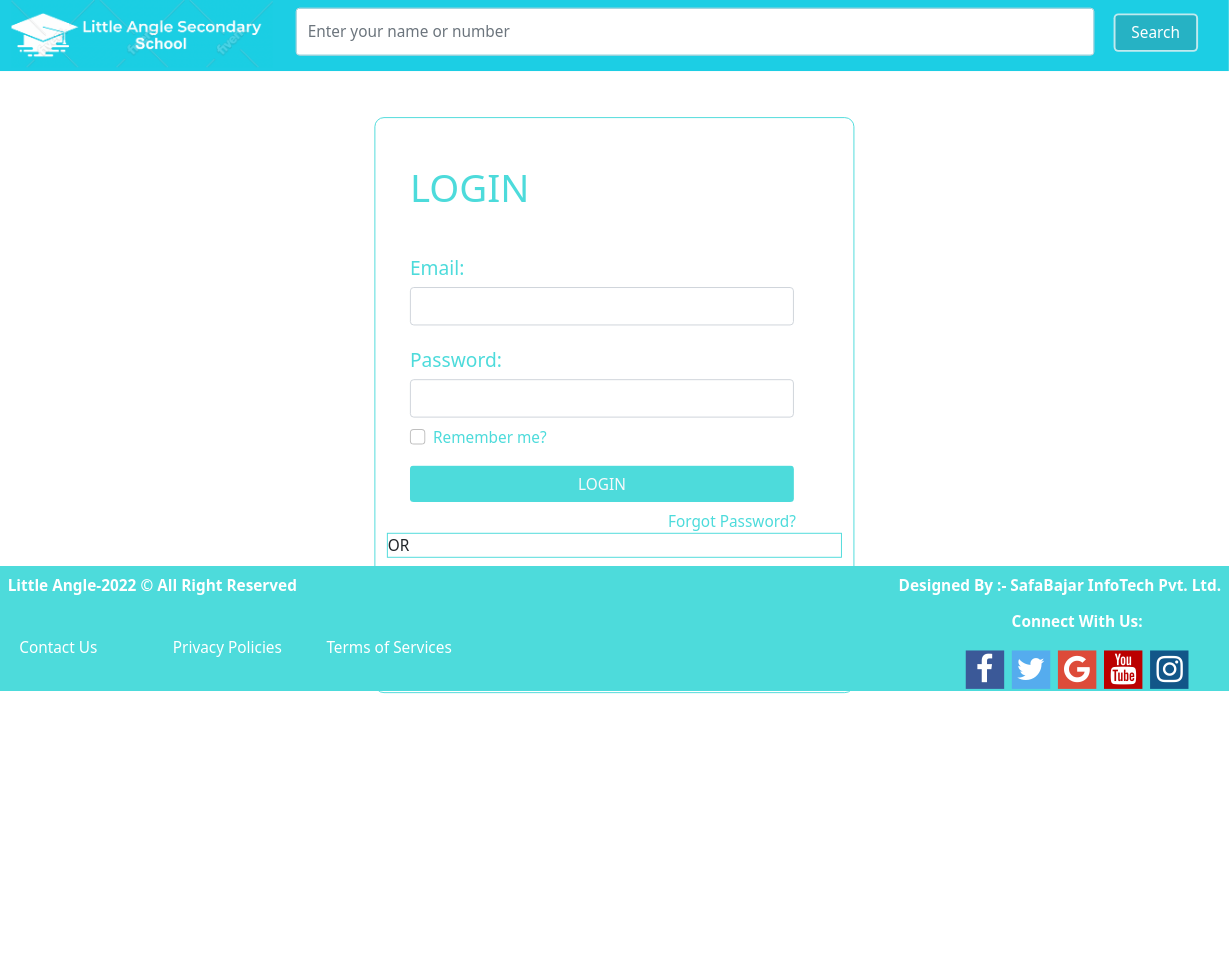
Repository: Sjuicyy/School-Project
Page: login.html
An editor plug-in stored every save of this project. The page is shown before and after a run of saves, followed by the edit.
The browser window is 1280 px wide. The pictures show the whole page, at 96% of full size.

Above is the page before, as saved 2022-09-17 13:20:26.

After the next 4 saves:
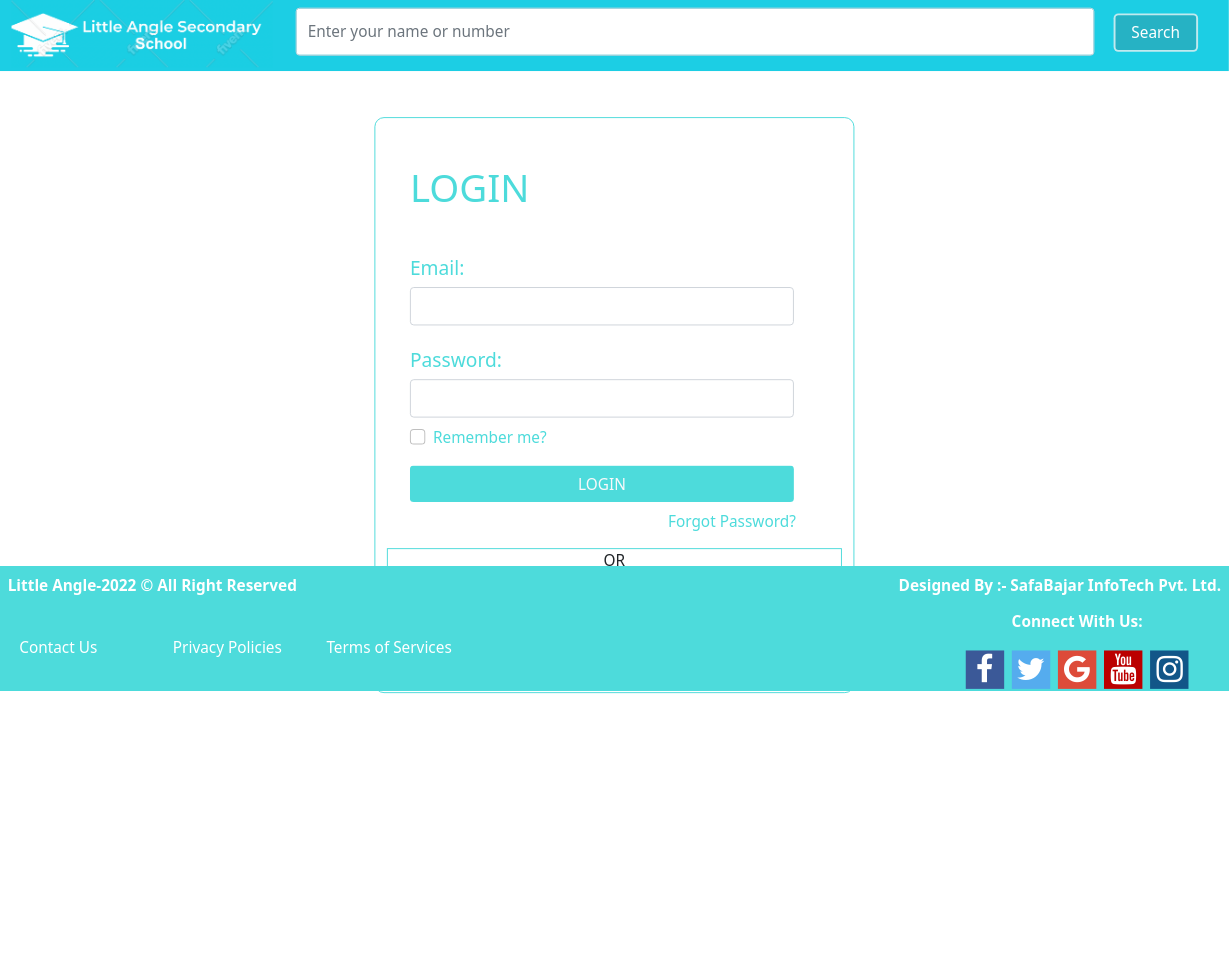
The 4 saves are shown as one change because they came seconds apart.
The last was saved 10 s later.
--- a/login.html
+++ b/login.html
@@ -178,7 +178,7 @@
             <a class="a" href="">Forgot Password?</a>
         </div>
 
-        <p class="bd">OR</p>
+        <p class="bd text-center mt-3">OR</p>
 
     </div>
 
